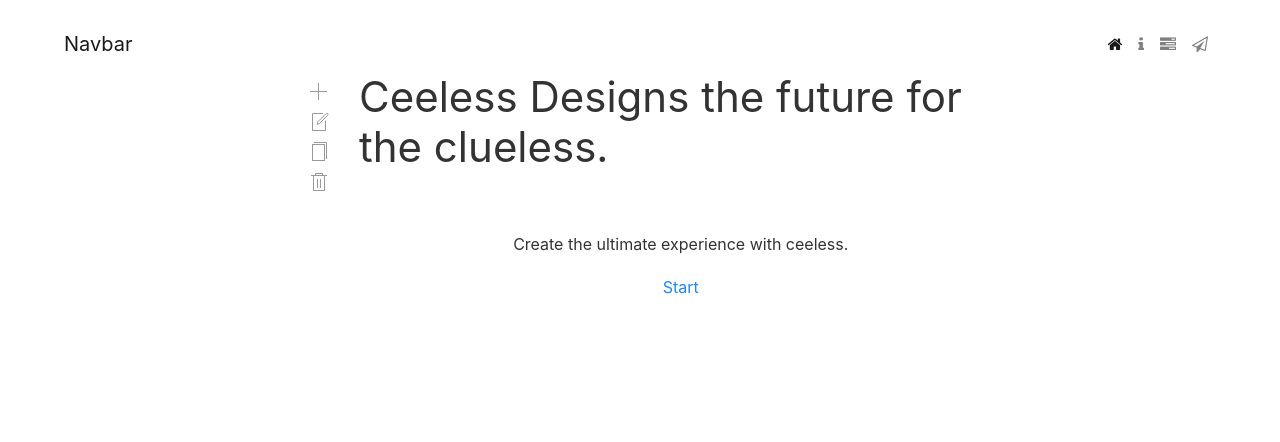
Repository: latenightsnacc/ceeless
Page: index.html
These files come from the project's save history. The page is drawn as it stood at one moment and after the next save; the edit follows.
The browser window is 1280 px wide. The pictures show the whole page.
Some web libraries are served in a nearby version. The style sheet was rebuilt from its Sass, Less or Tailwind sources for each picture, by a compiler version that may differ from the author's.

Above is the page before, as saved 2020-06-11 16:04:34.

After the next save:
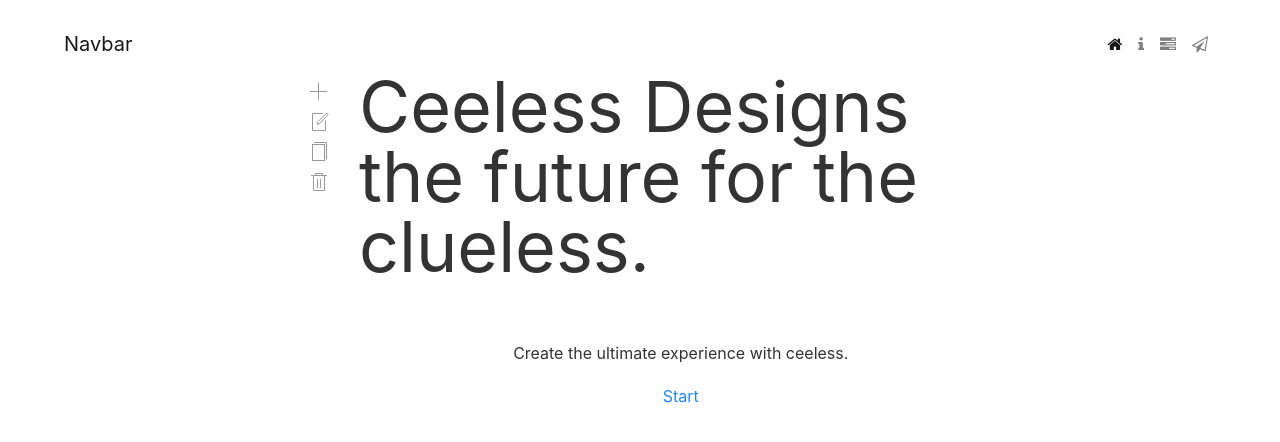
Saved 28 s later.
--- a/Styles/stylesheet.scss
+++ b/Styles/stylesheet.scss
@@ -39,6 +39,11 @@ body{
             flex-direction: column;
             align-items: center;
             justify-content: center;
+
+            h1{
+                font-size: 70px;
+                line-height: 70px;
+            }
         }
     }
 }
